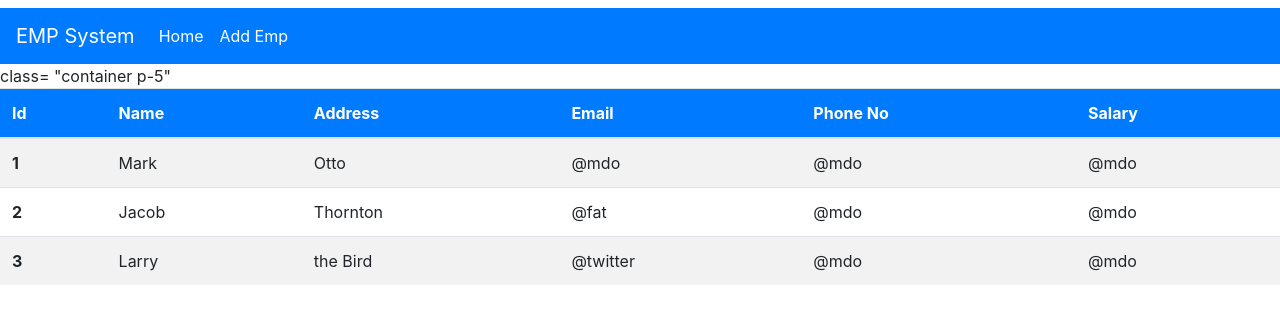
Repository: prateek-000/Employee_management
Page: http://localhost/index
An editor plug-in stored every save of this project. The page is shown before and after the next save, followed by the edit.
The browser window is 1280 px wide. The pictures show the whole page.
Some web libraries are served in a nearby version. The page is this project's Thymeleaf template; nobody is signed in. The template is opened directly, without the code that normally fills it, so the values that code supplies are empty.

Above is the page before, as saved 2023-01-26 23:05:05.

After the next save:
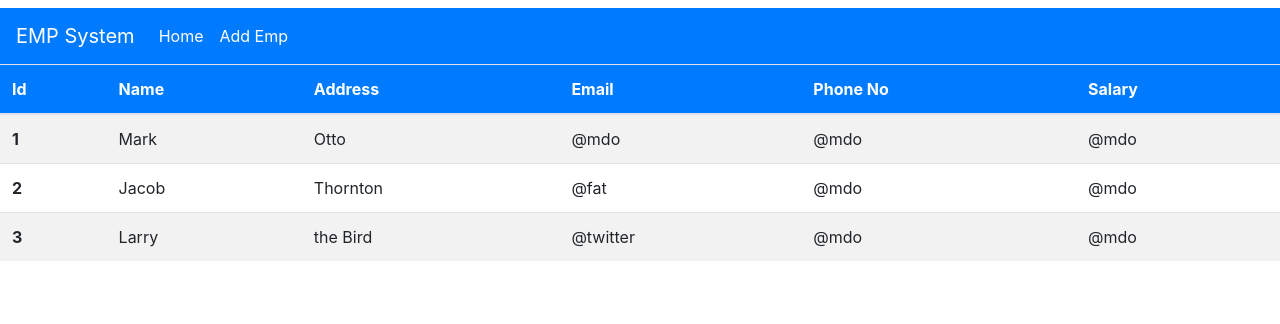
Saved 2 min 44 s later.
--- a/Employee_M/src/main/resources/templates/index.html
+++ b/Employee_M/src/main/resources/templates/index.html
@@ -37,7 +37,7 @@
   </div>
 </nav>
 
-<div> class= "container p-5"
+<div>
 
 <table class="table table-striped">
   <thead class="bg-primary text-white">
